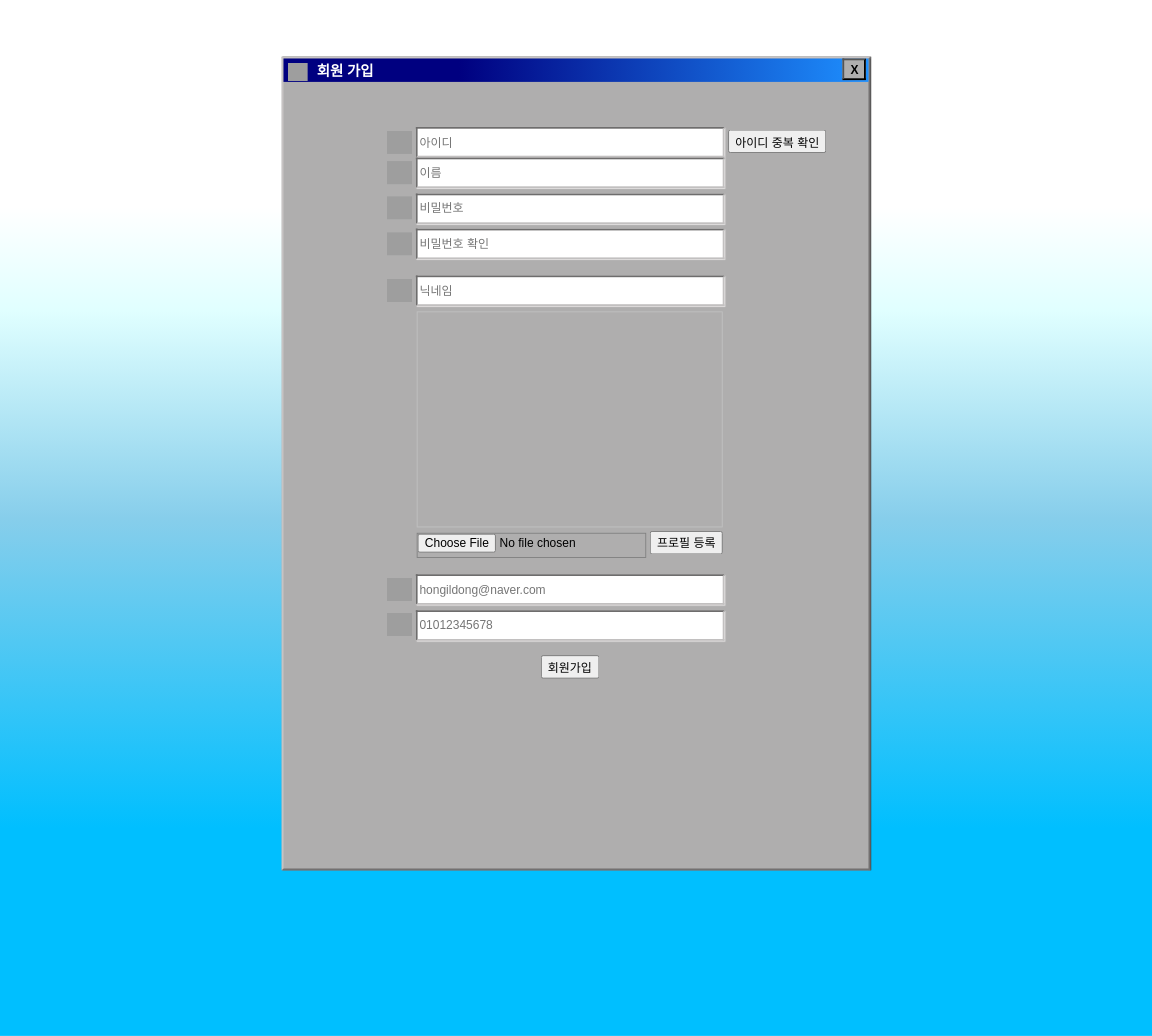
Repository: SEOGWANGWON/semi-finally
Page: http://localhost/semi_team/SHINeeRegister.jsp
The author's editor kept a copy of each file at every save. The page is drawn from the files as they stood at one save, then again after the next save.
The browser window is 1280 px wide. The pictures show the whole page, at 90% of full size.
Pictures or frames that could not be fetched are drawn as grey boxes. The page is served by Tomcat 9. Other server files are loaded and not shown.

Above is the page before, as saved 2023-11-15 11:08:11.

### semi_team/src/main/webapp/SHINeeRegister.jsp
<%@ page language="java" contentType="text/html; charset=UTF-8"
    pageEncoding="UTF-8"%>
<!DOCTYPE html>
<html lang="ko">
    <head>
        <meta charset="UTF-8">
        <title>SHINee Music회원가입 페이지</title>
        <link rel="stylesheet" type="text/css" href="css/광원님.css">
    </head>
    <body>
        <div class="pageColor">
            <div class="TabColor"><img src="images/mypage.png" class="TabiconImage"><strong class="TabTextStyle">회원 가입</strong>
                <button id="pageCloseButton" type="button" class="pageCloseButton" onclick="closeButton()"><Strong class="pageCloseButtonText">X</Strong></button>
            </div>
                <form id="createAccount" action="SHINeeRegisterServlet" method="post" enctype="multipart/form-data">
	                <div id="divid">
	                    <label for="id">
	                        <img class="iconImg" src="images/user.png">
	                    </label>
	                    <input id="id" name="id" type="text" oninput="idCheck()"  placeholder="아이디" autocomplete="off">
	                    									<!--  oninput = 입력할때마다 실시간 체크   autocomplete="off" 자동완성 기능 off -->
	                    <button id="idButton" type="button" name="idButton">아이디 중복 확인</button> <!--  onclick="idDbCheck()" -->
	                    <span id="ruleid"></span> <!--  <input type="hidden" name="idCheckBox" id="idCheckBox" value="idUnCheck">  -->
	                </div>
	                <div>
	                    <label for="name">
	                        <img class="iconImg" src="images/name.png">
	                    </label>
	                    <input id="name" name="name" type="text" oninput="nameCheck()" placeholder="이름" autocomplete="off">
	                    <p id="rulename"></p>
	                </div>
	                <div>
	                    <label for="pw">
	                        <img class="iconImg" src="images/password.png">
	                    </label>
	                    <input id="pw" name="pw" type="password" oninput="pwCheck()"  placeholder="비밀번호" autocomplete="off">
	                    <p id="rulepm"></p>
	                </div>
	                <div>
	                    <label for="checkpw">
	                       <img class="iconImg" src="images/passwordcheck.png">
	                    </label>
	                    <input id="checkpw" type="password" oninput="pwCheck()" placeholder="비밀번호 확인">
	                    <span id="checkpm"></span>
	                </div>
	                <br>
	                <div>
	                    <label for="nickname">
	                        <img class="iconImg" src="images/profile.png">
	                    </label>
	                    <input id="nickname" name="nickname" type="text" oninput="nicknameCheck()" placeholder="닉네임" autocomplete="off">
	                    <p id="rulenickname"></p>
	                </div>

	                <div>
	                    <div id="profileContainer">
	                        <!-- 프로필 사진을 표시할 컨테이너 -->
	                        <img id="uploadProfile">
	                    </div>
	                    <input type="file" id="profileInput" name="profileInput" accept="image/*" style="margin: 0 0 0 6%;">
	                    <button id="profileUploadButton" type="button">프로필 등록</button>
	                </div>
	                <br>
	                <div>
	                    <label for="emailid">
	                        <img class="iconImg" src="images/email.png">
	                    </label>
	                    <input id="emailid" type="email" name="emailid"  oninput="userEmailCheck()" placeholder="hongildong@naver.com" autocomplete="off">
	                    <p id="ruleemail"></p>
	                </div>
	                <div>
	                    <label for="phoneNumber">
	                        <img class="iconImg" src="images/phone.png">
	                    </label>
	                    <input id="phoneNumber" name="phoneNumber" type="text" oninput="userPhoneCheck()" placeholder="01012345678" autocomplete="off">
	                    <p id="rulephoneNumber"></p>
	                </div>
	                <button id="createUserButton" onclick="CreateUser()">회원가입</button>

            	</form>

       	</div>
       	<script src="https://code.jquery.com/jquery-3.7.1.js"
        integrity="sha256-eKhayi8LEQwp4NKxN+CfCh+3qOVUtJn3QNZ0TciWLP4="
        crossorigin="anonymous"></script>
       	<script src="js/CreateAccountPage.js">
        </script>
    </body>
</html>

### semi_team/src/main/webapp/css/광원님.css
@charset "UTF-8";
body{
    background: linear-gradient(white 20%,lightCyan 30%, skyBlue 50%, deepSkyBlue 80% ) ;
    height: 1080px;
}
.pageColor{
    width: 650px;
    height: 900px;
    margin: 0 auto;
    margin-top: 5%;
    border: 2px outset rgb(199, 195, 195);
    box-shadow: 1px 0 0 0 rgb(41, 41, 41);
    background-color: rgb(175, 174, 174);
}
#phoneNumber{
    width: 335px;
    height: 28px;
    border: 2px inset rgb(194, 192, 192);
    box-shadow: 1px 1px 1px 0 rgb(224, 222, 222);
}
#nickname{
    width: 335px;
    height: 28px;
    border: 2px inset rgb(194, 192, 192);
    box-shadow: 1px 1px 1px 0 rgb(224, 222, 222);

}
#id{
    width: 335px;
    height: 28px;
    border: 2px inset rgb(194, 192, 192);
    box-shadow: 1px 1px 1px 0 rgb(224, 222, 222);
}
#pw,#checkpw{
    width: 335px;
    height: 28px;
    border: 2px inset rgb(194, 192, 192);
    box-shadow: 1px 1px 1px 0 rgb(224, 222, 222);
}
#createAccount{
    width: 550px;
    height: 650px;
    margin-left: 10%;
    padding: 50px;
    border-radius: 5%;
}
#emailid{
    width: 335px;
    height: 28px;
    border: 2px inset rgb(194, 192, 192);
    box-shadow: 1px 1px 1px 0 rgb(224, 222, 222);
}
input{
    border: 1.5px solid gray;
}
button{
    height: 26px;
}
input{
    height: 26px;
}
.pawnTab{
    width: 600px;

}
.iconImg{
    width: 28px;
    height: 26px;
    margin-bottom: -8px;
}
.TabColor{
    height: 26px;
    background: linear-gradient(to right,navy 30%, dodgerblue );
}
.TabiconImage{
    margin: 0 -3px -6px 5px;
    width: 22px;
    height: 20px;
}
.TabTextStyle{
    margin: 0 0 0 2%;
    color: white;
}
.pageCloseButton{
    float: right;
    margin: 0 0.5% -5% 0;
    width: 26px;
    height: 24px;
    padding: 3px;
    background-color: rgb(175, 174, 174);
}
.pageCloseButtonText{
    margin: 0 0 0 10%;
}
#uploadProfile{
    width: 340px;
    height: 240px;
    margin: 0 0 0 6%;
}
@font-face {
    font-family: 'Ramche';
    src: url('https://cdn.jsdelivr.net/gh/projectnoonnu/noonfonts_2307-1@1.1/Ramche.woff2') format('woff2');
    font-weight: normal;
    font-style: normal;
}
#checkpm{
    width: 150px;
    margin: 0;
    padding: 0;
}
#name{
    width: 335px;
    height: 28px;
    border: 2px inset rgb(194, 192, 192);
    box-shadow: 1px 1px 1px 0 rgb(224, 222, 222);
}
#createUserButton{
    margin: 2% 0 0 31%;
}

#ruleid, #rulephoneNumber, #ruleemail, #rulenickname, #rulepm, #rulename{
    font-size: 13px;
    font-weight: 800;
    color: rgb(255, 0, 0);
    padding: 0;
    margin: 1% 0 1% 6%;
}

### semi_team/src/main/webapp/js/CreateAccountPage.js
document.getElementById("profileUploadButton").addEventListener("click", function(){
    var fileInput = document.getElementById("profileInput");
    var uploadImage = document.getElementById("uploadProfile");
    var imageContainer = document.getElementById("profileContainer");

    if(fileInput.files.length > 0){
        var file = fileInput.files[0];
        var reader = new FileReader();

        reader.onload = function(e){
            uploadImage.src = e.target.result;
            imageContainer.style.display = "block";
        };

        reader.readAsDataURL(file);
    } else{
        alert("프로필 사진을 넣어야 합니다.");
    };
});

function closeButton(){

    if(confirm("회원가입을 취소하시겠습니까?.")){
        alert("회원가입이 취소되었습니다.")
        var pageMove = "https://music.apple.com/kr/browse";
        location.href=pageMove;
    };
};

function idCheck(){

	var userid = document.getElementById("id").value;
	const idPattarn =  /^[A-za-z0-9]{4,12}$/;

	if(idPattarn.test(userid)){
		$('#ruleid').text('조건 일치').css('color', 'green');
	}else{
        $('#ruleid').text("아이디는 4 ~ 12 자의 숫자,영어 로만 구성되어야합니다").css('color', 'red');
     };

     document.userInfo.idCheckBox.value = "idUnCheck"

};



/*
function idDbCheck(){
	const a = docu
	a.value
	window.name = "parentForm";
	window.open("Id_Check.jsp?=",
	"checkForm", "width=500, height=300, resizable = no, scrollbars = no");

	}
	*/


function nameCheck(){

    var username = document.getElementById("name").value;
    const namePattarn = /^[가-힣]{1,15}$/;

    if(namePattarn.test(username)){
		$('#rulename').text('조건 일치').css('color', 'green');
	}else{
        $('#rulename').text("이름은 15자 이하의 한글로만 구성되어야 합니다.").css('color', 'red');
     };
};


function pwCheck(){

	var password = document.getElementById("pw").value;
    const passwordPattarn = /^(?=.*[a-z])(?=.*[A-Z])(?=.*\d)(?=.*[@$!%*?&])[A-Za-z\d@$!%*?&]{6,32}$/;

    if(passwordPattarn.test(password)){
		$('#rulepm').text('조건 일치').css('color', 'green');
	}else{
        $('#rulepm').text("비밀번호는 6 ~ 32자의 영문, 대문자, 소문자, 특수문자, 숫자를 포함해야합니다.").css('color', 'red');
     };

    if($('#pw').val() == $('#checkpw').val()){
        $('#checkpm').text('비밀번호 일치').css('color', 'green');
    }else{
        $('#checkpm').text('비밀번호가 불일치').css('color', 'red');
    };
};

function nicknameCheck(){

    var userNickname = document.getElementById("nickname").value;
    const nicknamePattarn =  /^[가-힣A-za-z0-9]{1,20}$/;

    if(nicknamePattarn.test(userNickname)){
		$('#rulenickname').text('조건 일치').css('color', 'green');
	}else{
        $('#rulenickname').text("닉네임은 20자 이하의 영어,숫자,한글로만 구성되어야 합니다.").css('color', 'red');
     };

};

function userEmailCheck(){

    var userEmail = document.getElementById("emailid").value;
    const emailPattarn =  /^[A-Za-z-0-9\-\.]+@[A-Ja-z-0-9\-\.]+\.[A-Ja-z-0-9]+$/;

    if(emailPattarn.test(userEmail)){
		$('#ruleemail').text('조건 일치').css('color', 'green');
	}else{
        $('#ruleemail').text("이메일은 80자 이하의 @과.를 포함한 영어, 숫자로만 구성되어야 합니다.").css('color', 'red');
     };
};

function userPhoneCheck(){

    var userPhone = document.getElementById("phoneNumber").value;
    const phonePattarn = /^(010|011)[0-9]{8}$/;

    if(phonePattarn.test(userPhone)){
		$('#rulephoneNumber').text('조건 일치').css('color', 'green');
	}else{
        $('#rulephoneNumber').text("올바른 번호가 아닙니다.").css('color', 'red');
     };
}






function CreateUser(){

    var userid = document.getElementById("id").value;
    var username = document.getElementById("name").value;
    var password = document.getElementById("pw").value;
    var passwordCheck = document.getElementById("checkpw").value;
    var userNickname = document.getElementById("nickname").value;
    var userEmail = document.getElementById("emailid").value;
    var userPhone = document.getElementById("phoneNumber").value;
    //var idCheckBox = document.getElementById("idCheckBox").value;



    const idPattarn =  /^[A-za-z0-9]{4,12}$/;
    const namePattarn = /^[가-힣]{1,15}$/;
    const passwordPattarn = /^(?=.*[a-z])(?=.*[A-Z])(?=.*\d)(?=.*[@$!%*?&])[A-Za-z\d@$!%*?&]{6,32}$/;
    const nicknamePattarn =  /^[가-힣A-za-z0-9]{1,20}$/;
    const emailPattarn =  /^[A-Za-z-0-9\-\.]+@[A-Ja-z-0-9\-\.]+\.[A-Ja-z-0-9]+$/;
    const phonePattarn = /^(010|011)[0-9]{8}$/;

    if(!userid.match(idPattarn)){
        alert("아이디는 4 ~ 12 자의 숫자,영어 로만 구성되어야합니다");
        return false;
   /* else if(idCheckBox !="idOnCheck"){
        alert("아이디 중복체크를 하셔야합니다.")
        return false;
        }*/

    }else if(!username.match(namePattarn)){
        alert("이름은 15자 이하의 한글로만 구성되어야 합니다.");
        return false;
    }else if(!password.match(passwordPattarn)){
        alert("비밀번호는 6 ~ 32자의 영문, 대문자, 소문자, 특수문자, 숫자를 포함해야합니다.");
        return false;
    }else if(password !== passwordCheck){
        alert("비밀번호가 일치하지 않습니다.");
        return false;
    }else if(!userNickname.match(nicknamePattarn)){
        alert("닉네임은 20자 이하의 영어,숫자,한글로만 구성되어야 합니다.");
        return false;
    }else if(!userEmail.match(emailPattarn)){
        alert("이메일은 80자 이하의 @과.를 포함한 영어, 숫자로만 구성되어야 합니다.")
        return false;
    }else if(!userPhone.match(phonePattarn)){
        alert("올바른 번호가 아닙니다.");
        return false;
    }
    alert("SHINee Musci에 오신걸 환영합니다!")



	/*
	var idCheckResult = $('#idCheckBox').val();

    // 아이디 중복 확인이 되었는지 확인
    if (idCheckResult === 'idUnCheck') {
        alert('아이디 중복 확인을 해주세요.');
        return;
    }
    */





    //alert("회원가입이 정상적으로 완료되었습니다!.");
    //var pageMove = "https://music.apple.com/kr/browse";
    //location.href=pageMove;     // ( 현재 페이지에서 이동 )

    // window.open(사이트링크) ( 새창 열기 )


     }

After the next save:
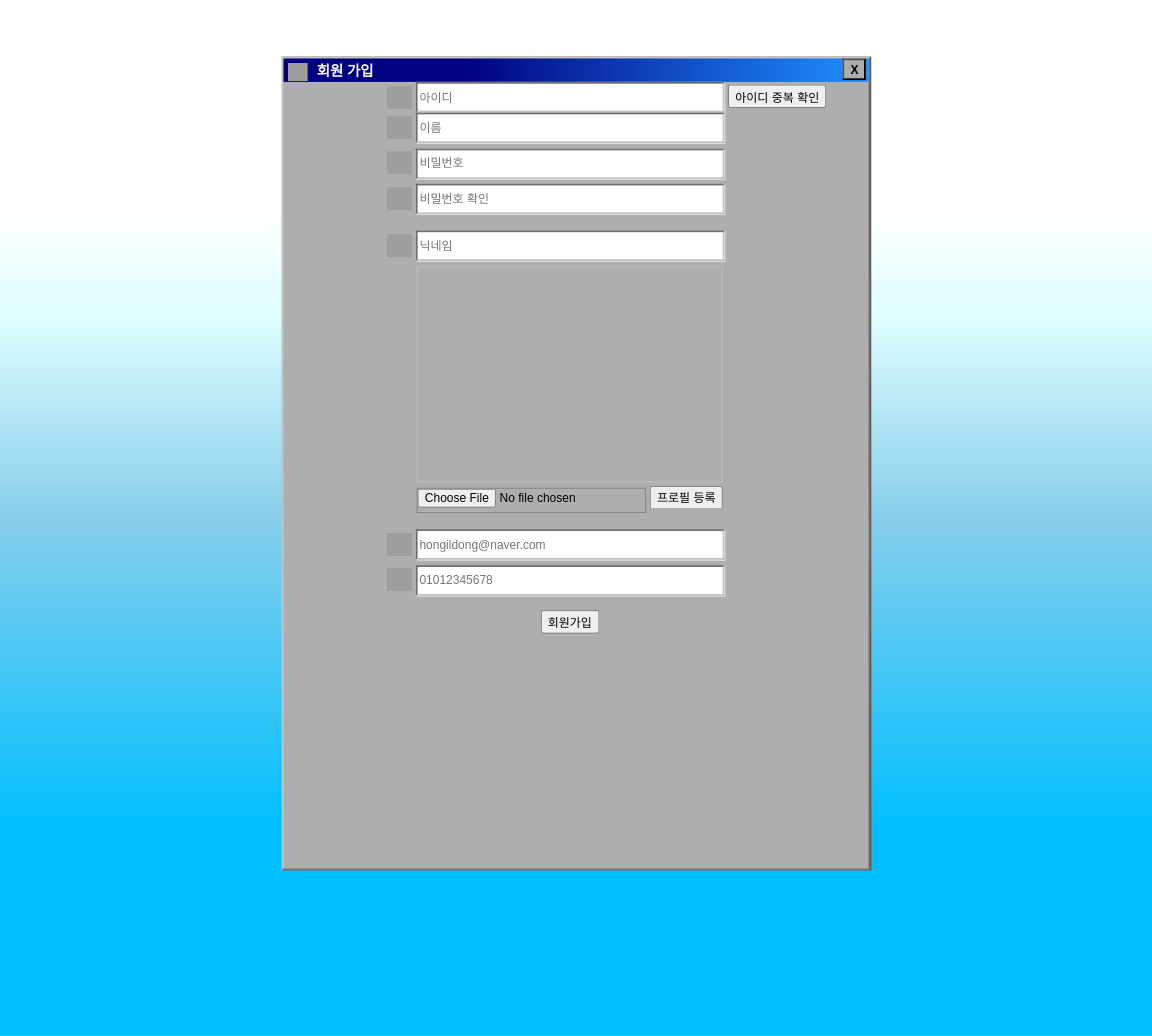
Saved 39 h 46 min later.
--- a/semi_team/src/main/webapp/css/광원님.css
+++ b/semi_team/src/main/webapp/css/광원님.css
@@ -37,11 +37,13 @@ body{
     border: 2px inset rgb(194, 192, 192);
     box-shadow: 1px 1px 1px 0 rgb(224, 222, 222);
 }
+
+
 #createAccount{
     width: 550px;
     height: 650px;
     margin-left: 10%;
-    padding: 50px;
+    padding: 0 50px 50px 50px;
     border-radius: 5%;
 }
 #emailid{
